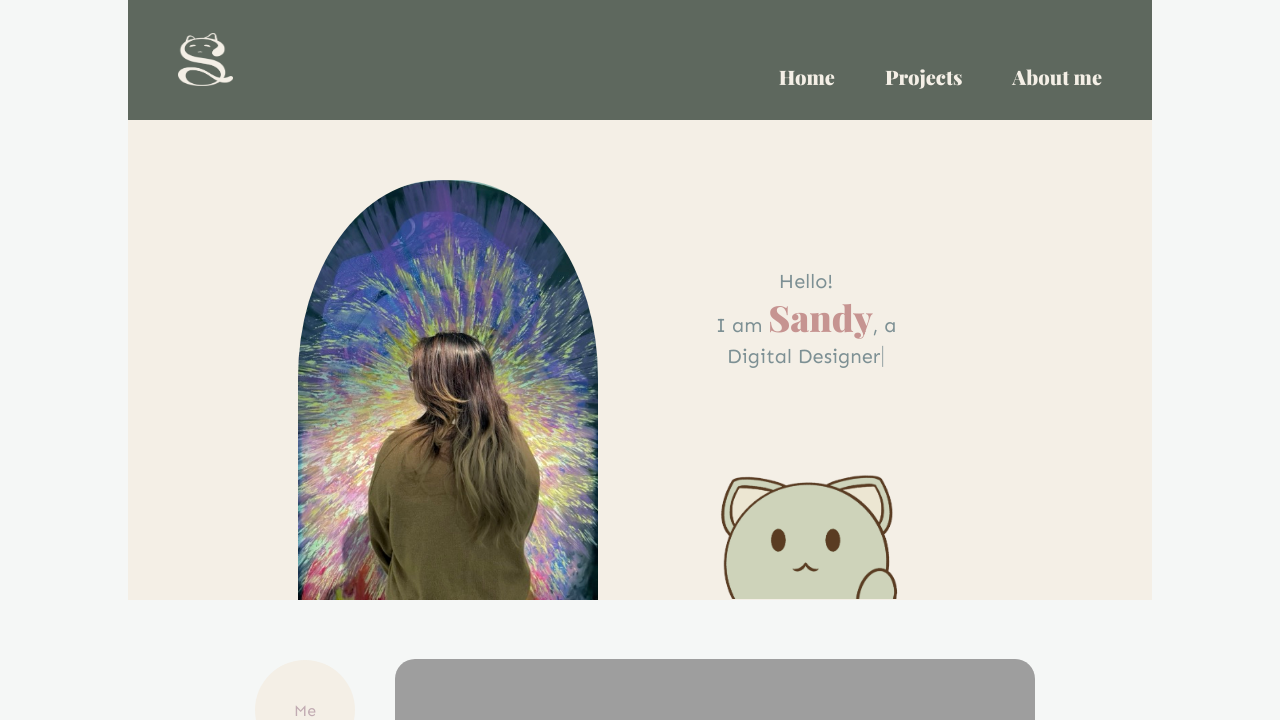
Repository: SandyLy453/portfolio
Page: /
The author's editor kept a copy of each file at every save. The page is drawn from the files as they stood at one save, then again after the next save.
The browser window is 1280 px wide. The pictures show the whole page.
Pictures or frames that could not be fetched are drawn as grey boxes. An inner scrolling area shows only its first screen. The project was rebuilt for these pictures with package versions that can differ from the ones it lists, and the page was loaded fresh each time. The framework's server and built-in components were replaced by stand-ins that run in the browser. Also part of the build but not shown: next.config.mjs, modules/Footer/Footer.module.css, modules/Footer/Footer.js, modules/ProjectCard/ProjectCard.module.css, modules/ProjectCard/Projectcard.js.

Above is the page before, as saved 2025-02-13 22:48:12.

### pages/_app.js
import { useEffect } from "react";
import { useRouter } from "next/router";
import { Playfair_Display, Sen } from 'next/font/google';
import '../styles/globals.css';

const playfairDisplay = Playfair_Display({
  weight: ['400', '900'],
  style: ['normal', 'italic'],
  subsets: ['latin'],
});

const sen = Sen({
  weight: ['400', '700', '800'],
  subsets: ['latin'],
});

export default function App({ Component, pageProps }) {

  const router = useRouter();

  useEffect(() => {
    const handleRouteChangeComplete = (url) => {
        if (url.startsWith("/projects")) {
            window.location.reload();
        } else if (url.startsWith("/project")) {
          window.location.reload();
        }
    };

    router.events.on("routeChangeComplete", handleRouteChangeComplete);

    return () => {
        router.events.off("routeChangeComplete", handleRouteChangeComplete);
    };
}, [router]);


  return (
    <main className={`${playfairDisplay.className} ${sen.className}`}>
      <Component {...pageProps} />
    </main>
  )
}

### pages/_document.js
import { Html, Head, Main, NextScript } from "next/document";


export default function Document() {
  return (
    <Html lang="en">
      <Head>
        <title>San San's Tea Room</title>
        <link rel="icon" href="/favicon.ico" />

        <link rel="preconnect" href="https://fonts.googleapis.com" />
        <link rel="preconnect" href="https://fonts.gstatic.com" crossorigin="anonymous" />
        <link
          href="https://fonts.googleapis.com/css2?family=Playfair+Display:wght@400;900&family=Sen:wght@400;700;800&display=swap"
          rel="stylesheet"
        />
      </Head>
      <body>
        <Main />
        <NextScript />
      </body>
    </Html>
  );
}

### pages/index.js
import Image from "next/image";
import Link from "next/link";
import styles from "@/styles/Home.module.css";
import { useState, useEffect } from "react";
import Header from "@/modules/Header/Header";
import Footer from "@/modules/Footer/Footer";
import ProjectCard from "@/modules/ProjectCard/Projectcard";
import ShowCase from "@/modules/ShowCase/ShowCase";

export default function Home() {

  const projects = [
    {
      photos: ["/aether-cover.png"],
      alt: "Aether cover",
      title: "Aether",
      description: "Case Study - A AI-powered form-filling app",
      date: "September 2024 - December 2024",
      link: "/projects/Aether",
    },
    {
      photos: ["/post1.png", "/post2.png", "/post3.png"],
      alt: "Poster slides show",
      title: "Poster design",
      description:
        "Product design - Series of posters based on the anime/ manga Detective Conan.",
      date: "December 2024",
      link: "/projects/Poster",
    },
    {
      photos: ["/can1.png", "/can2.png", "/can3.png"],
      alt: "Can design slide show",
      title: "DiLo Tea Can",
      description: "Product design - Tea Can",
      date: "November 2024",
      link: "/projects/CanDesign",
    },
    {
      photos: ["/mockup2.png"],
      alt: "Magazine cover",
      title: "Magazine",
      description: "Magazine design - An architectural magazine",
      date: "November 2024",
      link: "/projects/Magazine",
    },
    {
      photos: ["/clotho.png"],
      alt: "Clotho app",
      title: "Clotho",
      description: "Clotho - A closet organize app",
      date: "March 2024 - May 2024",
      link: "/projects/Clotho",
    },
    {
      photos: ["/cam.png"],
      alt: "Camera vector graphic",
      title: "Mechanical Object Vector Graphic",
      description: "Using vector to draw mechanical objects",
      date: "December 2023",
      link: "/projects/MechanicalObject",
    },
  ];

  const [visibleProjects, setVisibleProjects] = useState(6);

  const roles = ["UX/UI Designer", "Digital Designer", "Web Developer"];
  const [text, setText] = useState("");
  const [index, setIndex] = useState(0);
  const [charIndex, setCharIndex] = useState(0);
  const [deleting, setDeleting] = useState(false);

  useEffect(() => {
    const currentRole = roles[index];

    let timeout;

    if (deleting) {
      timeout = setTimeout(() => {
        setText(currentRole.substring(0, charIndex - 1));
        setCharIndex((prev) => prev - 1);
      }, 50);
    } else {
      timeout = setTimeout(() => {
        setText(currentRole.substring(0, charIndex + 1));
        setCharIndex((prev) => prev + 1);
      }, 100);
    }

    if (!deleting && charIndex === currentRole.length) {
      setTimeout(() => setDeleting(true), 1000);
    } else if (deleting && charIndex === 0) {
      setDeleting(false);
      setIndex((prevIndex) => (prevIndex + 1) % roles.length);
    }

    return () => clearTimeout(timeout);
  }, [charIndex, deleting, index, roles]);

  return (
    <>
      <Header/>

      <main className={styles.main}>
        <div className={styles.top}>
          <div className={styles.image}>
            <Image src={'/cover.jpeg'} alt="cover photo" className={styles.coverPhoto} width={300} height={420} />
          </div>

          <div className={styles.info}>
            <p className={styles.role}>Hello!</p>
            <p className={styles.role}>I am <span className={styles.name}>Sandy</span>, a</p>
            <p className={styles.role}>
              {text}
              <span className={styles.cursor}>|</span>
            </p>
            <Image src={'/hi.GIF'} alt="greeting gif" className={styles.gif} width={294} height={129} />
          </div>
        </div>

        <ShowCase/>

        <div className={styles.sectionBreaker}>
          <span> Let's connect! </span>
        </div>

        <div className={styles.connect}>
          <Link
            className={styles.link}
            href={"mailto:sandy.lyth453@gmail.com"}
            target="_blank"
          >
            <p className={styles.connectInfo}>Email</p>
          </Link>
          <Link
            className={styles.link}
            href={"https://www.instagram.com/sansan_lyth?igsh=MThxOTR1ZTlyY3R1dw%3D%3D&utm_source=qr"}
            target="_blank"
          >
            <p className={styles.connectInfo}>Instagram</p>
          </Link>
          <Link
            className={styles.link}
            href={"https://www.linkedin.com/in/boisan-sandy-ly/"}
            target="_blank"
          >
            <p className={styles.connectInfo}>LinkedIn</p>
          </Link>
          <Link
            className={styles.link}
            href={"/Sandy_Ly_Resume.pdf"}
            target="_blank"
          >
            <p className={styles.connectInfo}>Resume</p>
          </Link>
        </div>
      </main>

      <footer className={styles.footer}>
        <p className={styles.copyright}>© Made by Sandy Ly • 2025</p>
      </footer>
    </>
  );
}

### styles/globals.css
:root {
  --mauveMorn: #ecd6d6;
  --mauveShadow: #B59BA6;
  --moss: #5E7975;
  --brightWhite: #f5f7f6;
  --white: #fff;

  --spaBlue: #D3DEDF;
  --forest: #5E685E;
  --midnight: #3D4D55;
  --stormCloud: #676767;
  --cream: #f4EFE6;
  --cloud: #FEFCF6;
}

html,
body {
  padding: 0;
  margin: 0;
  background-color: #f5f7f6;
  width: 100vw;
  height: 100vh;
  overflow-x: hidden;
  scroll-behavior: auto;

  font-family: "Playfair Display", serif;
  font-optical-sizing: auto;
  color: var(--stormCloud);
  cursor: url('/hehe.webp') 16 16, auto;
}

header {
  margin: 0;
  padding: 0;
  box-sizing: border-box;
}

* {
  margin: 0;
  padding: 0;
  box-sizing: border-box; /* Reset styles for all elements */
}

h1, h2, h3, h4, h5, span {
  font-family: "Playfair Display", serif;
}

a, button {
  cursor: url('/haha.webp') 16 16, pointer;
}

### styles/Home.module.css
.page {
  margin: 0;
  padding: 0;
}

.main {
  min-height: 100vh;
  width: 70vw;
  margin: auto;
  margin-top: 0;
  margin-top: 120px;
}

.top {
  width: 100%;
  min-height: 480px;
  background-color: var(--cream);
  align-items: center;
  display: flex;
  flex-direction: row;
  padding: 0;
  flex-wrap: wrap;
  justify-content: center;
}

.coverPhoto {
  border-radius: 47% 47% 0 0;
  margin: 0 6rem;
  position: relative;
  bottom: -30px;
}

.info {
  text-align: center;
  margin-top: 100px;
  width: 30vw;
}

.name {
  font-size: 54px;
  color: #C69491;
  font-weight: 600;
  font-family: "Playfair Display", serif;
}

.role {
  font-size: 44px;
  color: #7D9094;
  font-weight: 500;
}

.loca {
  font-size: 20px;
  color: #7D9094;
  padding-top: 10px;
}

.gif {
  position: relative;
  bottom: -36px;
}


.sectionBreaker {
  display: flex;
  align-items: center;
  justify-content: center;
  margin: 40px 0;
  position: relative;
}

.sectionBreaker::before,
.sectionBreaker::after {
  content: "";
  flex: 1;
  height: 2px;
  background: #d3d3d3;
  margin: 0;
}

.sectionBreaker span {
  color: #7D9094;
  margin: 0 10px;
  font-size: 20px;
  font-style: italic;
}

.pjSection {
  display: flex;
  flex-direction: row;
  flex-wrap: wrap;
  justify-content:space-between;
  align-items: flex-start;
  margin: 0 auto;
  margin-bottom: 50px;
  gap: 1rem;
  max-width: 1350px;
}

.connect {
  margin-bottom: 200px;
}

.link {
  text-decoration: none;
  color: var(--mauveShadow);
  width: 100%;
  font-weight: 500;
}

.link:hover {
  color: var(--forest);
  font-weight: 900;
}

.connectInfo {
  font-size: 54px;
  margin: 20px 0;
  font-family: "Playfair Display", serif;
}

.footer {
  margin-bottom: 20px;
}

.copyright {
  text-align: center;
  font-style: italic;
  color: var(--forest);
  width: 100%;
}





@media screen and (max-width: 1460px) {
  .pjSection {
    gap: 20px;
  }

  .main {
    width: 80vw;
  }

  .coverPhoto {
    margin: 0 1rem;
    bottom: -32px;
  }

  .info {
    margin-top: 50px;
  }

  .gif {
    bottom: -6.4rem;
  }

  .name {
    font-size: 36px;
  }

  .role {
    font-size: 20px;
  }

  .loca {
    font-size: 18px;
  }

  .pjSection {
    gap: 15px;
    justify-content: center;
  }
}



@media screen and (max-width: 768px) {
  .main {
    width: 100vw;
  }

  .coverPhoto {
    margin: 0 auto;
    bottom: -20px;
    width: 70vw;
    height: auto;
  }

  .info {
    margin-top: 50px;
    width: 90vw;
  }

  .name {
    font-size: 36px;
  }

  .role {
    font-size: 20px;
  }

  .loca {
    font-size: 18px;
  }

  .pjSection {
    gap: 15px;
    justify-content: center;
  }

  .gif {
    position: relative;
    bottom: -4px;
    margin-top: 10px;
  }
}

### modules/Header/Header.js
import Image from "next/image";
import Link from "next/link";
import styles from './Header.module.css'
import { useRef } from "react";

export default function Header () {
    const audioRef = useRef(null);

    const playSound = () => {
        if (audioRef.current) {
            audioRef.current.currentTime = 0;
            audioRef.current.play().catch(error => console.log("Audio playback error:", error));
        }
    };

    return (
        <header className={styles.header}>
            <div className={styles.logo}>
                <Link href={'/'}>
                    <Image
                        src={'/logo.png'}
                        alt="logo"
                        className={styles.logo}
                        width={55}
                        height={53}
                        onMouseEnter={playSound}
                    />
                </Link>
            </div>

            <div className={styles.menu}>
                <p className={styles.menuOption}><Link href={'/'} className={styles.link}>Home</Link></p>
                <p className={styles.menuOption}><Link href={'/project'} className={styles.link}>Projects</Link></p>
                <p className={styles.menuOption}><Link href={'/about'} className={styles.link}>About me</Link></p>
            </div>

            <audio ref={audioRef} src="/cat.wav" preload="auto"></audio>
        </header>
    )
}

### modules/ShowCase/ShowCase.js
import Image from "next/image";
import { useState, useEffect, useRef } from "react";
import styles from './ShowCase.module.css';
import Link from "next/link";

export default function ShowCase() {
    const tags = ["Me", "UX/UI", "Graphic", "Other"];
    const images = {
        "Me": "/me.png",
        "UX/UI": "/uxui.png",
        "Graphic": "/3can.png",
        "Other": "/ava.png",
    };

    const [activeTag, setActiveTag] = useState(tags[0]);
    const [isFading, setIsFading] = useState(false);
    const [isPaused, setIsPaused] = useState(false);
    const intervalRef = useRef(null);

    const startLoop = () => {
        clearInterval(intervalRef.current);
        intervalRef.current = setInterval(() => {
            setIsFading(true);
            setTimeout(() => {
                setActiveTag((prevTag) => {
                    const currentIndex = tags.indexOf(prevTag);
                    return tags[(currentIndex + 1) % tags.length];
                });
                setIsFading(false);
            }, 1000);
        }, 4000);
    };

    useEffect(() => {
        if (!isPaused) startLoop();
        return () => clearInterval(intervalRef.current);
    }, [isPaused]);

    useEffect(() => {
        startLoop();
        return () => clearInterval(intervalRef.current);
    }, []);

    const handlePause = (tag) => {
        clearInterval(intervalRef.current);
        setIsPaused(true);
        setActiveTag(tag);
        setIsFading(false);
    };

    const handleResume = () => {
        setIsPaused(false);
    };

    return (
        <div className={styles.container}>
            <div className={styles.tagBox}>
                {tags.map((tag) => (
                    <div
                        key={tag}
                        className={`${styles.tag} ${activeTag === tag ? styles.active : ""}`}
                        onMouseEnter={() => handlePause(tag)}
                        onMouseLeave={handleResume}
                        onTouchStart={() => handlePause(tag)}
                        onTouchEnd={handleResume}
                    >
                        <p>{tag}</p>
                    </div>
                ))}
            </div>

            <div className={styles.right}>
                <div className={styles.photoBox}>
                    <Image
                        key={activeTag}
                        src={images[activeTag]}
                        alt={activeTag}
                        width={600}
                        height={460}
                        className={`${styles.photo} ${isFading ? styles.fadeOut : styles.fadeIn}`}
                    />
                </div>

                <div className={styles.loadMoreContainer}>
                    <Link
                        href="/project"
                        className={styles.loadMoreButton}
                        scroll={true}
                    >
                        <button className={styles.loadMoreButton}>
                            More Projects
                        </button>
                    </Link>
                </div>
            </div>

        </div>
    );
}

### modules/Header/Header.module.css
.header {
    margin:0;
    margin-left: auto;
    margin-right: auto;
    width: 70vw;
    height: 120px;
    background-color: var(--forest);
    padding: 20px 50px ;
    padding-bottom: 30px;

    display: flex;
    flex-direction: row;
    justify-content: space-between;
    align-items: flex-end;
    position: fixed;
    right: 15vw;
    top: 0;
    z-index: 999;
}

.menu {
    display: flex;
    flex-direction: row;
    gap: 50px;
}

.menuOption {
    font-size: 20px;
    font-weight: 600;
}

.link {
    text-decoration: none;
    color: var(--cream);
    font-family: "Playfair Display", serif;
}

.link:hover {
    color: var(--midnight);
}


@media screen and (max-width: 1460px) {
    .header {
        width: 80vw;
        right: 10vw;
    }
}

@media screen and (max-width: 768px) {
    .header {
        width: 100vw;
        right: 0;
    }
}

### modules/ShowCase/ShowCase.module.css
.container {
    margin: auto;
    margin-top: 50px;
    display: flex;
    flex-direction: row;
    justify-content: center;
    align-items: center;
    gap: 30px;
}

.tagBox {
    display: flex;
    justify-content: center;
    align-items: center;
    flex-direction: column;
}

.tag, .active {
    width: 100px;
    height: 100px;
    background-color: var(--cream);
    border-radius: 50%;
    display: flex;
    justify-content: center;
    align-items: center;
    margin: 10px;
    cursor: url('/haha.webp') 16 16, pointer;
    transition: background-color 0.3s ease-in-out, transform 0.2s ease-in-out;
}

.tag:hover, .active {
    background-color: var(--forest);
    transform: scale(1.05);
}

.tag p, .active p {
    color: var(--mauveShadow);
    opacity: 80%;
}

.tag:hover p, .active p {
    color: var(--mauveMorn);
    opacity: 100%;
}

.photoBox {
    width: 50vw;
    max-width: 1000px;
    aspect-ratio: 20 / 11;
    position: relative;
    display: flex;
    align-items: center;
    justify-content: center;
    overflow: hidden;
}

.photo {
    width: 100%;
    height: 100%;
    border-radius: 20px;
    object-fit: cover;
    position: absolute;
    transition: opacity 0.5s ease-in-out;
}

.fadeIn {
    opacity: 1;
}

.fadeOut {
    opacity: 0;
}

.loadMoreContainer {
    margin-top: 20px;
    display: flex;
    flex-direction: column;
    justify-content: flex-end;
    align-items: flex-end;
  }

  .loadMoreButton {
    height: 40px;
    width: 150px;
    background-color: var(--cream);
    color: var(--forest);
    border: 1px solid var(--forest);
    font-size: 18px;
    align-items: center;
    border-radius: 10px;
    margin-bottom: 50px;
  }

  .loadMoreButton:hover {
    background-color: var(--forest);
    color: var(--cream);
  }

After the next save:
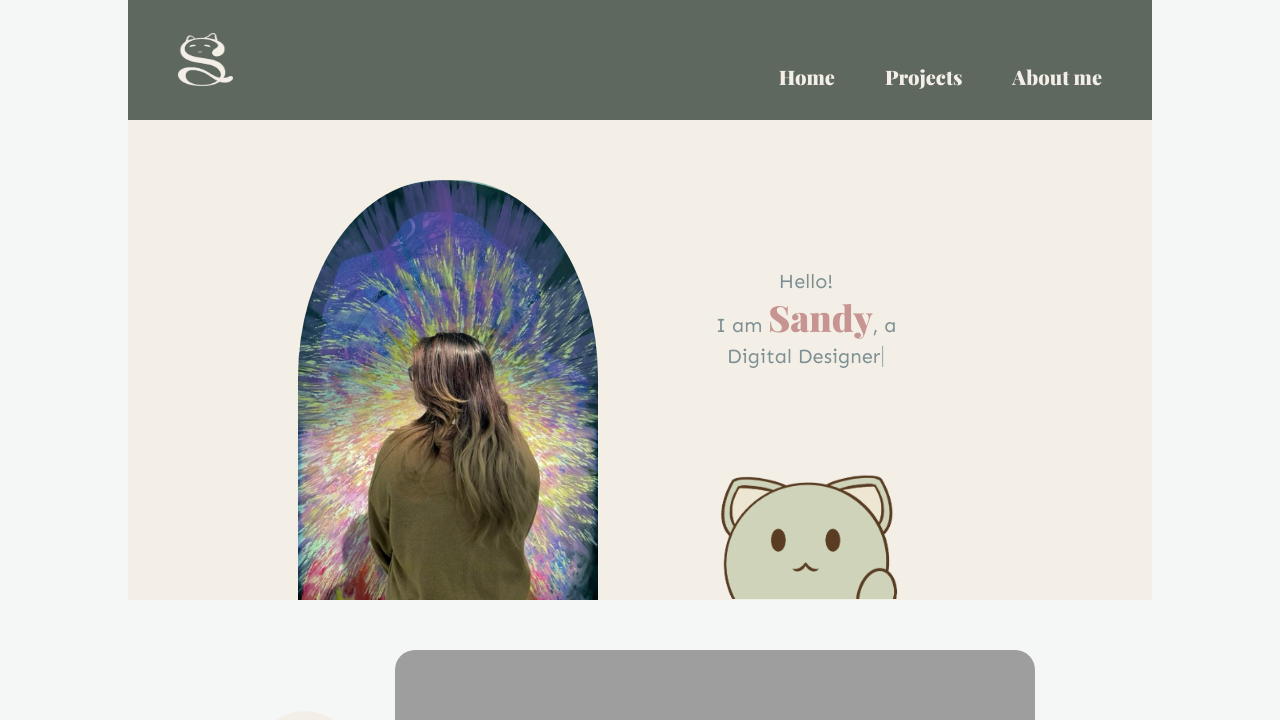
Saved 2 min 55 s later.
--- a/modules/ShowCase/ShowCase.js
+++ b/modules/ShowCase/ShowCase.js
@@ -4,12 +4,11 @@ import styles from './ShowCase.module.css';
 import Link from "next/link";
 
 export default function ShowCase() {
-    const tags = ["Me", "UX/UI", "Graphic", "Other"];
+    const tags = ["Me", "UX/UI", "Graphic"];
     const images = {
         "Me": "/me.png",
         "UX/UI": "/uxui.png",
         "Graphic": "/3can.png",
-        "Other": "/ava.png",
     };
 
     const [activeTag, setActiveTag] = useState(tags[0]);
